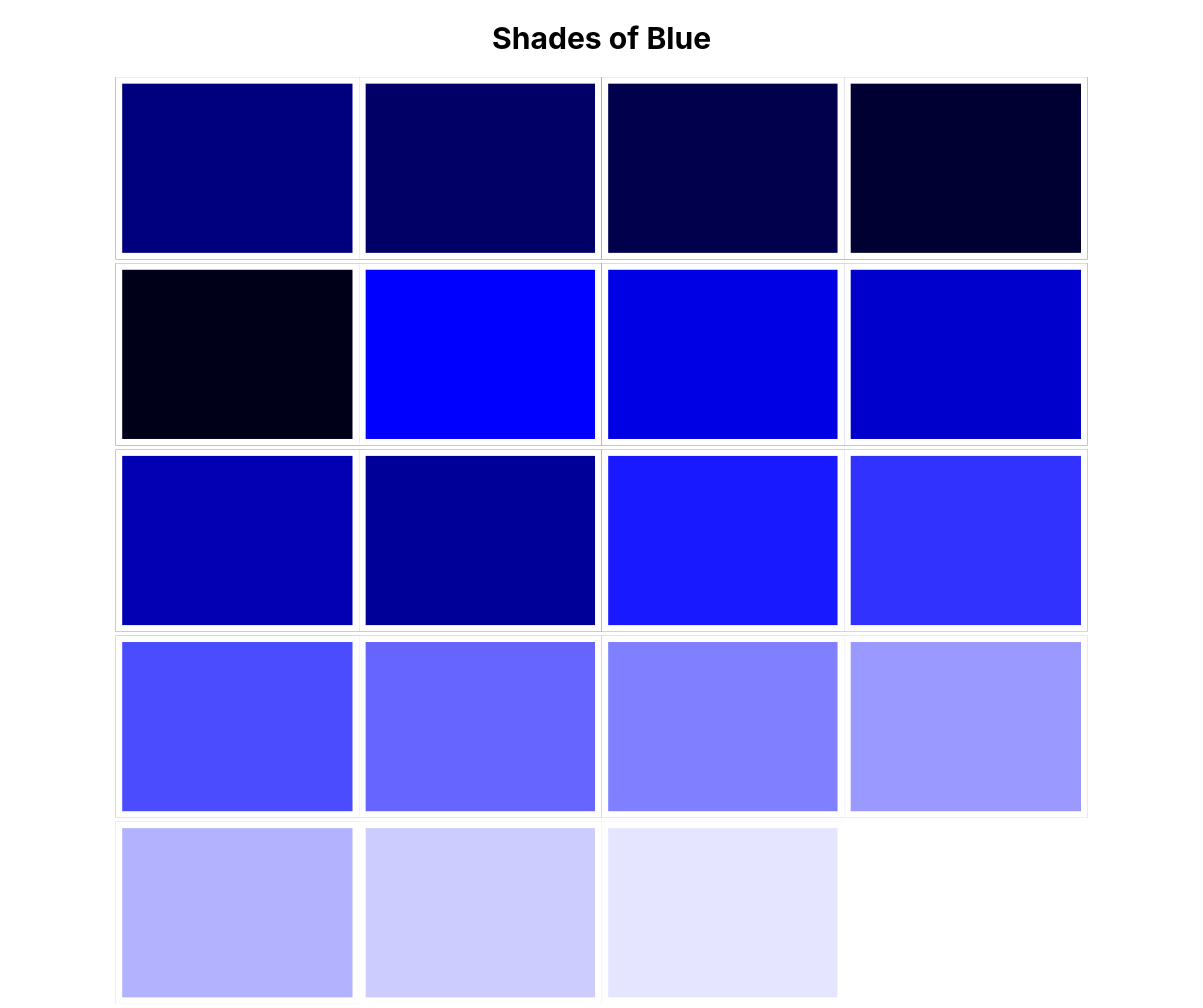
Repository: johnmutina/shades_of_blue
Page: /
These files come from the project's save history. The page is drawn as it stood at one moment and after a run of saves; the edit follows.
The browser window is 1280 px wide. The pictures show the whole page, at 94% of full size.
The project was rebuilt for these pictures with package versions that can differ from the ones it lists, and the page was loaded fresh each time.

Above is the page before, as saved 2019-06-22 15:15:54.

After the next 9 saves:
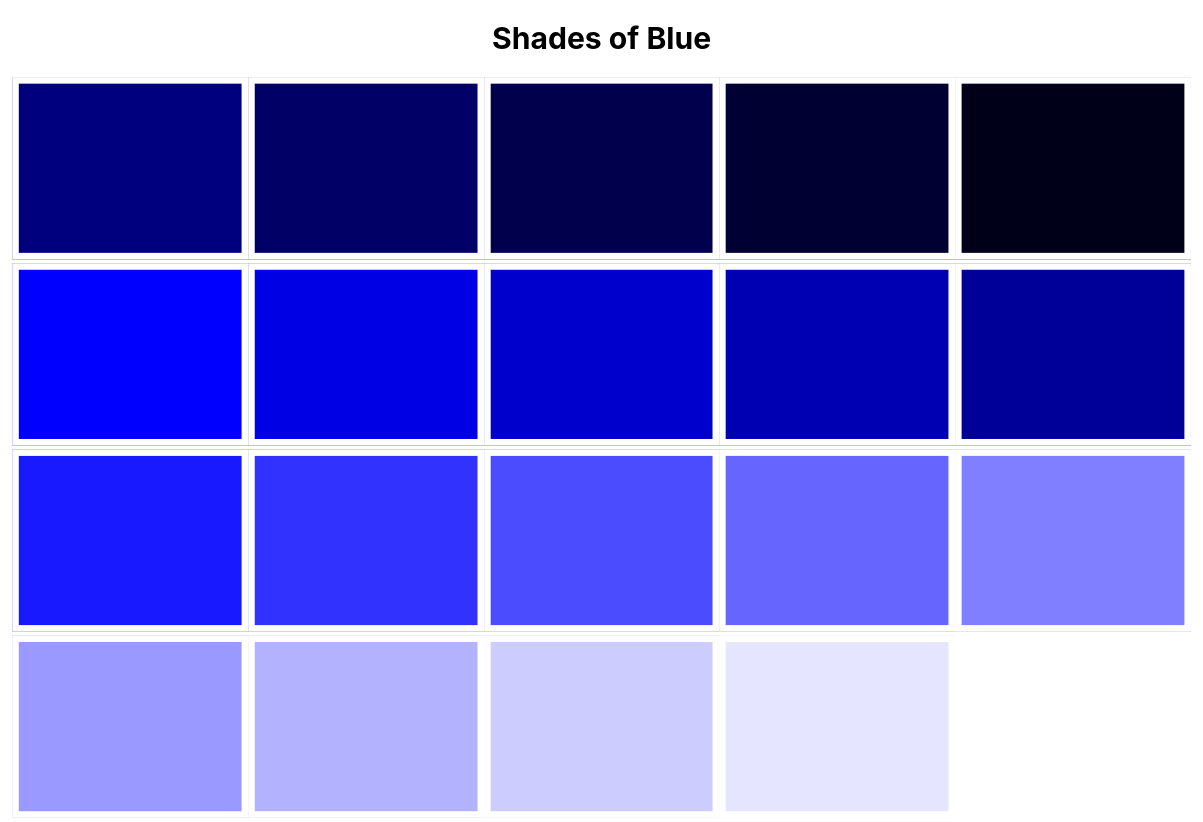
The 9 saves are shown as one change because they came seconds apart.
The last was saved 18 s later.
--- a/src/ColorBox.css
+++ b/src/ColorBox.css
@@ -1,7 +1,7 @@
 .ColorBox {
     display: inline-block;
     color: white;
-    width: 19.1%;
+    width: 18.5%;
     height: 180px;
     /* padding-top: 80px; */
     border: 7px solid white;
